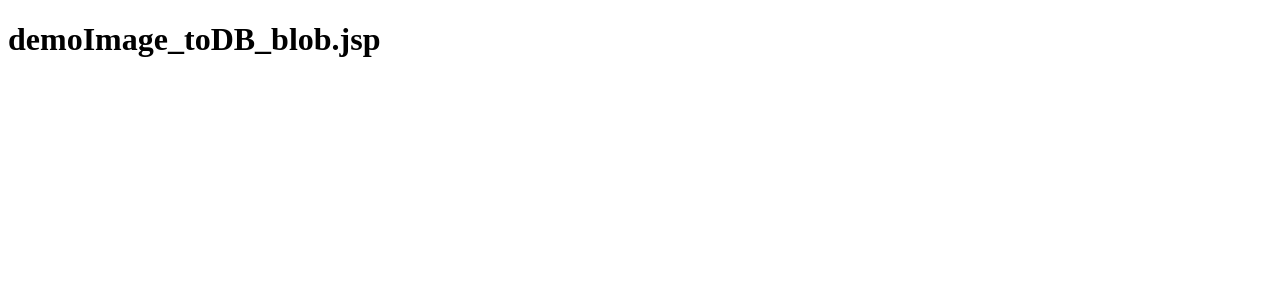
Repository: Ashish4910/CRUD-Image-Upload-using-JSP-and-SERVLET
Page: http://localhost/Image_upload/demoImage_toDB_blob.jsp
An editor plug-in stored every save of this project. The page is shown before and after the next save, followed by the edit.
The browser window is 1280 px wide. The pictures show the whole page.
The page is served by Tomcat 9.

Above is the page before, as saved 2023-12-18 06:47:58.

After the next save:
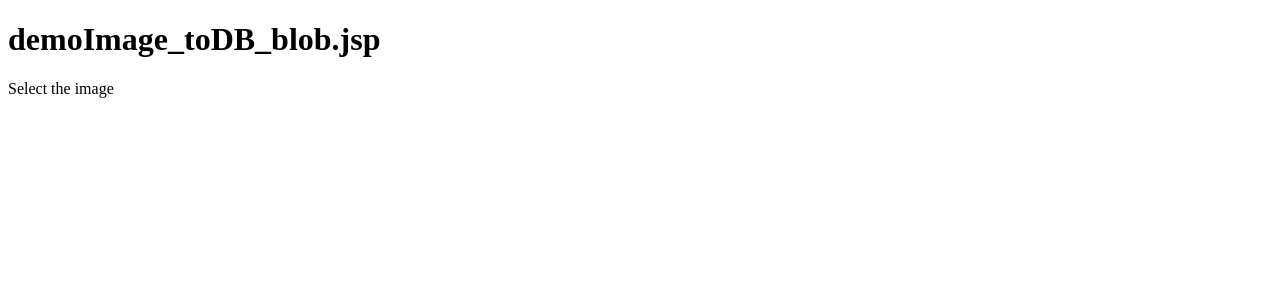
Saved 85 s later.
--- a/Image_upload/src/main/webapp/demoImage_toDB_blob.jsp
+++ b/Image_upload/src/main/webapp/demoImage_toDB_blob.jsp
@@ -9,5 +9,10 @@
 <body>
 
 <h1>demoImage_toDB_blob.jsp</h1>
+
+<form action="imageUploadToBD" method="post" enctype="multipart/form-data">
+
+<lable> Select the image </lable>
+</form>
 </body>
 </html>
